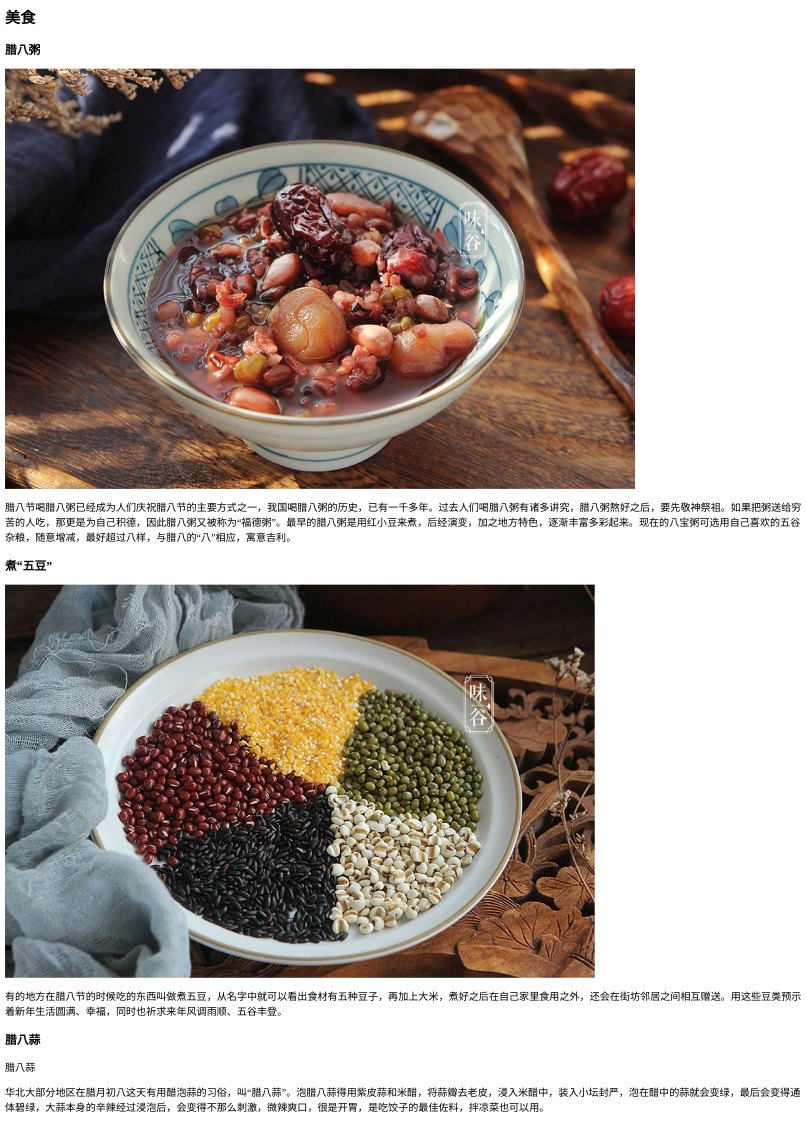
Repository: XueJie1/computer-operation-basics
Page: pages/labafes/cuisine.html
The author's editor kept a copy of each file at every save. The page is drawn from the files as they stood at one save, then again after the next save.
The browser window is 1280 px wide. The pictures show the whole page, at 63% of full size.

Above is the page before, as saved 2023-09-14 16:15:18.

After the next save:
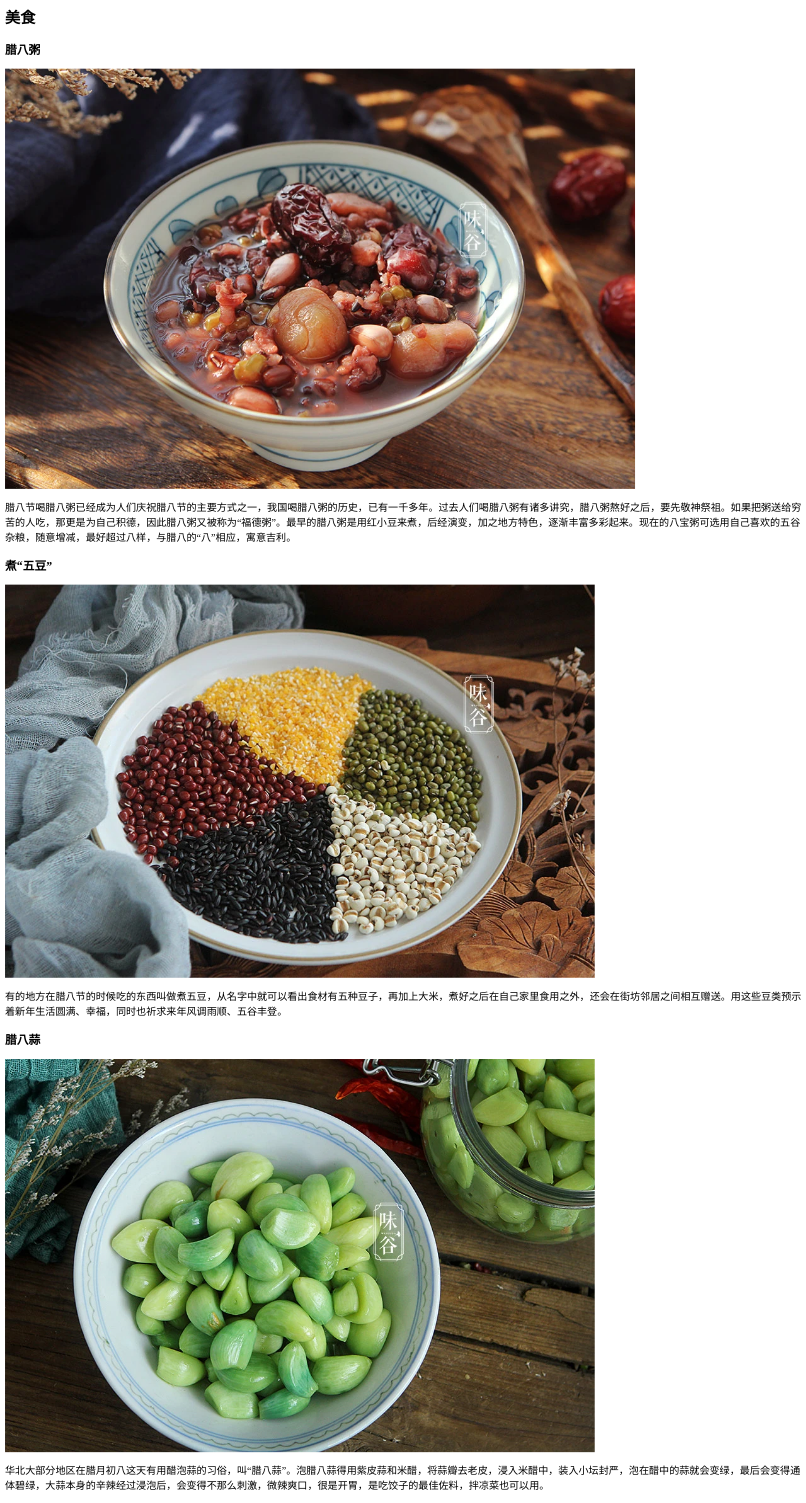
Saved 23 s later.
--- a/pages/labafes/cuisine.html
+++ b/pages/labafes/cuisine.html
@@ -11,6 +11,8 @@
 </div>
 <p>有的地方在腊八节的时候吃的东西叫做煮五豆，从名字中就可以看出食材有五种豆子，再加上大米，煮好之后在自己家里食用之外，还会在街坊邻居之间相互赠送。用这些豆类预示着新年生活圆满、幸福，同时也祈求来年风调雨顺、五谷丰登。</p>
 <h3>腊八蒜</h3>
-<p>腊八蒜</p>
+<div class="img">
+    <img src="../../img/laba_garlic.webp">
+</div>
 <p>华北大部分地区在腊月初八这天有用醋泡蒜的习俗，叫“腊八蒜”。泡腊八蒜得用紫皮蒜和米醋，将蒜瓣去老皮，浸入米醋中，装入小坛封严，泡在醋中的蒜就会变绿，最后会变得通体碧绿，大蒜本身的辛辣经过浸泡后，会变得不那么刺激，微辣爽口，很是开胃，是吃饺子的最佳佐料，拌凉菜也可以用。
 </p>
